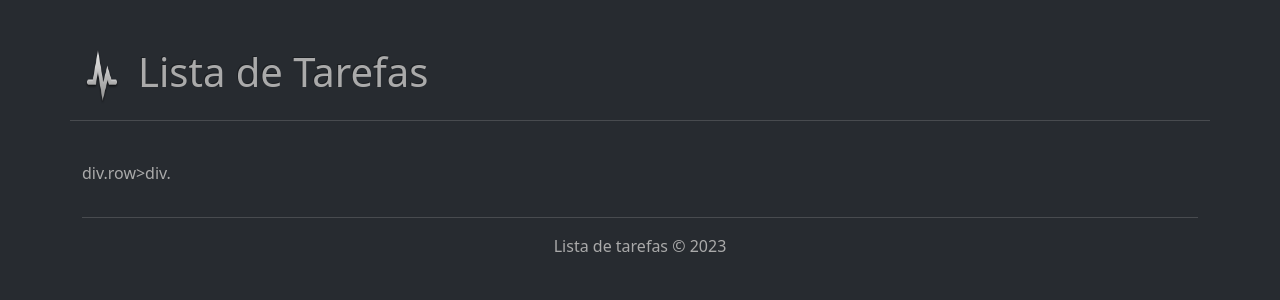
Repository: cargugati/lista_tarefas
Page: frontEnd/new_task.html
The author's editor kept a copy of each file at every save. The page is drawn from the files as they stood at one save, then again after the next save.
The browser window is 1280 px wide. The pictures show the whole page.

Above is the page before, as saved 2023-03-30 10:32:00.

### frontEnd/new_task.html
<!DOCTYPE html>
<html lang="pt-br">

<head>
  <meta charset="UTF-8">
  <meta http-equiv="X-UA-Compatible" content="IE=edge">
  <meta name="viewport" content="width=device-width, initial-scale=1.0">
  <title>Lista de Tarefas</title>
  <link rel="stylesheet" href="./assets/css/bootstrap.min.css">
  <link rel="stylesheet" href="./assets/fontawesome/css/all.min.css">
  <link rel="shortcut icon" href="./assets/images/favicon.png" type="image/png">
</head>

<body>
  <div class="container my-5">

    <!-- cabeçalho -->
    <div class="row mb-4">
      <div class="col">
        <div class="d-flex justify-content-start">
          <img src="./assets/images/favicon.png" alt="Logo" class="img-fluid me-3" width="40px">
          <h1>Lista de Tarefas</h1>
        </div>

      </div>

      <hr class="my-3">
    </div>

    <!-- espaço para criar nova tarefa -->
    div.row>div.

    <!-- dados para o banco de dados
    bd_tasks

    users
    - id -> uint auto PK
    - username -> varchar(50) NULL
    - passwrd -> varchar(100) NULL
    - created_at -> datetime NULL
    - updated_at -> datetime NULL

    tasks
    - id -> uint auto PK
    - id_user -> uint FK
    - task_text -> varchar(100) NULL
    - task_status -> varchar(30) NULL -> (new | in progress | canceled | done)
    - created_at
    - updated_at

-->






    <!-- footer -->
    <div class="row mt-3">
      <div class="col text-center">
        <hr>
        <p>Lista de tarefas &copy; 2023</p>
      </div>
    </div>


  </div>

  <script src="./assets/js/bootstrap.bundle.min.js"></script>
</body>

</html>

Loaded but not shown: frontEnd/assets/css/bootstrap.min.css (library); frontEnd/assets/fontawesome/css/all.min.css (library); frontEnd/assets/js/bootstrap.bundle.min.js (library)

After the next save:
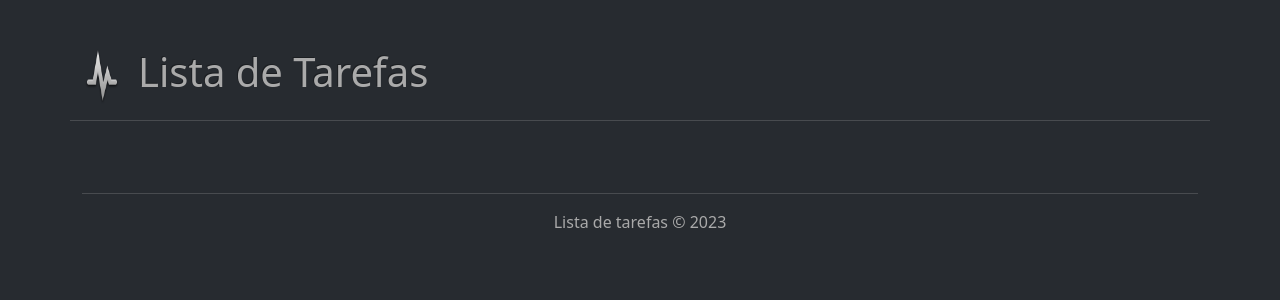
Saved 7 s later.
--- a/frontEnd/new_task.html
+++ b/frontEnd/new_task.html
@@ -28,7 +28,9 @@
     </div>
 
     <!-- espaço para criar nova tarefa -->
-    div.row>div.
+    <div class="row">
+      <div class="col"></div>
+    </div>
 
     <!-- dados para o banco de dados
     bd_tasks
